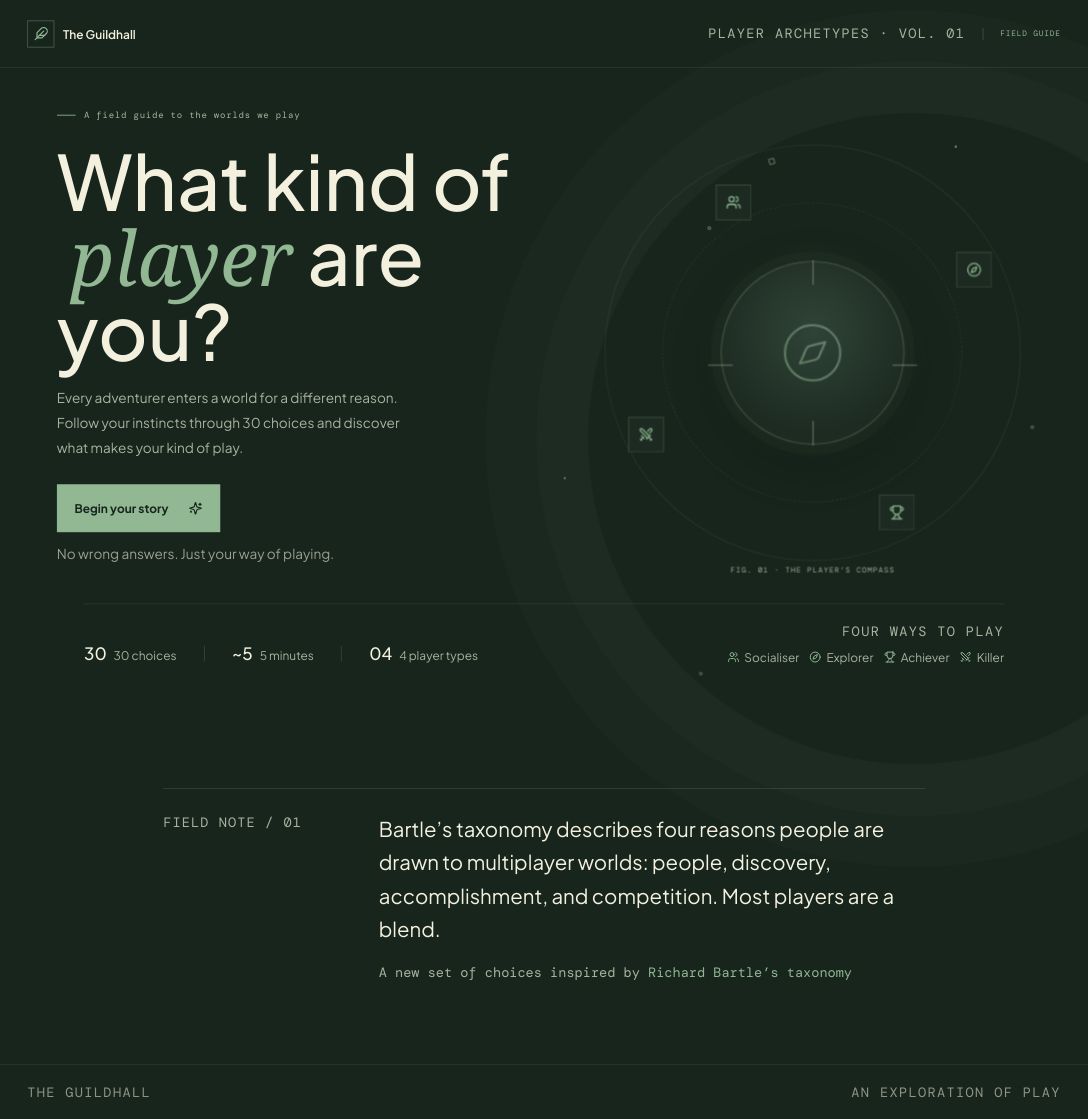
Repository: tiagoturra/bartle
Page: /
These files come from the project's save history. The page is drawn as it stood at one moment and after the next save; the edit follows.
The browser window is 1280 px wide. The pictures show the whole page, at 85% of full size.
The project was rebuilt for these pictures with package versions that can differ from the ones it lists, and the page was loaded fresh each time. Also part of the build but not shown: vite.config.ts, src/modules/bartle/components/QuestionCard.module.scss, src/modules/bartle/components/QuestionCard.tsx, src/modules/bartle/components/ResultsPanel.module.scss, src/modules/bartle/components/ResultsPanel.tsx.

Above is the page before, as saved 2026-10-30 22:24:09.

### index.html
<!doctype html>
<html lang="en">
  <head>
    <meta charset="UTF-8" />
    <meta name="viewport" content="width=device-width, initial-scale=1.0" />
    <meta name="theme-color" content="#17251d" />
    <meta
      name="description"
      content="Discover your player type in an atmospheric, story-led Bartle test."
    />
    <link rel="preconnect" href="https://fonts.googleapis.com" />
    <link rel="preconnect" href="https://fonts.gstatic.com" crossorigin />
    <link
      href="https://fonts.googleapis.com/css2?family=DM+Mono:wght@400;500&family=Plus+Jakarta+Sans:wght@400;500;600;700;800&display=swap"
      rel="stylesheet"
    />
    <title>The Guildhall — Bartle Player Type Test</title>
  </head>
  <body>
    <div id="root"></div>
    <script type="module" src="/src/main.tsx"></script>
  </body>
</html>

### src/main.tsx
import './i18n'
import { StrictMode } from 'react'
import { createRoot } from 'react-dom/client'
import { AppRoutes } from './routes'
import './index.css'

const rootElement = document.getElementById('root')

if (!rootElement) {
  throw new Error('The application root element was not found.')
}

createRoot(rootElement).render(
  <StrictMode>
    <AppRoutes />
  </StrictMode>,
)

### src/i18n/index.ts
import i18n from 'i18next'
import { initReactI18next } from 'react-i18next'
import enCommon from './locales/en-US/common.json'
import enBartle from './locales/en-US/bartle.json'
import enQuestions from './locales/en-US/questions.json'
import ptCommon from './locales/pt-BR/common.json'
import ptBartle from './locales/pt-BR/bartle.json'
import ptQuestions from './locales/pt-BR/questions.json'
import frCommon from './locales/fr-FR/common.json'
import frBartle from './locales/fr-FR/bartle.json'
import frQuestions from './locales/fr-FR/questions.json'
import deCommon from './locales/de-DE/common.json'
import deBartle from './locales/de-DE/bartle.json'
import deQuestions from './locales/de-DE/questions.json'

void i18n.use(initReactI18next).init({
  lng: 'en-US',
  fallbackLng: 'en-US',
  defaultNS: 'common',
  resources: {
    'en-US': {
      common: enCommon,
      bartle: enBartle,
      questions: enQuestions,
    },
    'pt-BR': {
      common: ptCommon,
      bartle: ptBartle,
      questions: ptQuestions,
    },
    'fr-FR': {
      common: frCommon,
      bartle: frBartle,
      questions: frQuestions,
    },
    'de-DE': {
      common: deCommon,
      bartle: deBartle,
      questions: deQuestions,
    },
  },
  interpolation: {
    escapeValue: false,
  },
})

i18n.on('languageChanged', (language) => {
  if (typeof document !== 'undefined') {
    document.documentElement.lang = language
  }
})

export default i18n

### src/routes/index.tsx
import { BrowserRouter, Navigate, Route, Routes } from 'react-router-dom'
import { BartlePage } from '../modules/bartle/pages/BartlePage'

export function AppRoutes() {
  return (
    <BrowserRouter>
      <Routes>
        <Route path="/" element={<BartlePage />} />
        <Route path="*" element={<Navigate to="/" replace />} />
      </Routes>
    </BrowserRouter>
  )
}

### src/index.css
@import "tailwindcss";

@theme {
  --color-forest: #17251d;
  --color-panel: #202f25;
  --color-cream: #f3f0de;
  --color-muted: #a9b29f;
  --color-accent: #91b793;
  --font-sans: "Plus Jakarta Sans", sans-serif;
  --font-mono: "DM Mono", monospace;
}

@layer base {
  :root {
    font-synthesis: none;
    text-rendering: optimizeLegibility;
    -webkit-font-smoothing: antialiased;
    -moz-osx-font-smoothing: grayscale;
    font-optical-sizing: auto;
  }

  html {
    min-width: 320px;
    scroll-behavior: smooth;
  }

  body {
    min-width: 320px;
    min-height: 100vh;
    margin: 0;
  }

  button,
  a {
    -webkit-tap-highlight-color: transparent;
  }

  ::selection {
    background: rgb(145 183 147 / 35%);
    color: #f3f0de;
  }
}

@media (prefers-reduced-motion: reduce) {
  *,
  *::before,
  *::after {
    scroll-behavior: auto !important;
    animation-duration: 0.01ms !important;
    animation-iteration-count: 1 !important;
    transition-duration: 0.01ms !important;
  }
}

### src/modules/bartle/pages/BartlePage.tsx
import { Compass, Feather, Sparkles, Swords, Trophy, Users } from 'lucide-react'
import { useEffect, useState } from 'react'
import { useTranslation } from 'react-i18next'
import {
  readSessionStorage,
  removeSessionStorage,
  writeSessionStorage,
} from '../../../core/browser/sessionStorage'
import { QuestionCard } from '../components/QuestionCard'
import { ResultsPanel } from '../components/ResultsPanel'
import testConfigJson from '../data/test.config.json'
import { calculateScores } from '../scoring'
import type { BartleTestConfig, PlayerTypeScore } from '../types'
import styles from './BartlePage.module.scss'

type TestPhase = 'intro' | 'test' | 'results'

const testConfig = testConfigJson as BartleTestConfig
const progressStorageKey = 'guildhall-bartle-progress'
const progressVersion = 1
const iconByType = {
  socialiser: Users,
  explorer: Compass,
  achiever: Trophy,
  killer: Swords,
}

interface SavedProgress {
  version: typeof progressVersion
  phase: 'test' | 'results'
  currentIndex: number
  answers: Record<string, string>
  advanceOnSelection: boolean
}

interface RestoredProgress {
  phase: TestPhase
  currentIndex: number
  answers: Record<string, string>
  advanceOnSelection: boolean
  scores: PlayerTypeScore[] | null
  storageError: boolean
}

function isValidSavedProgress(value: unknown): value is SavedProgress {
  if (!value || typeof value !== 'object') return false

  const progress = value as Partial<SavedProgress>
  if (
    progress.version !== progressVersion ||
    (progress.phase !== 'test' && progress.phase !== 'results') ||
    !Number.isInteger(progress.currentIndex) ||
    (progress.currentIndex ?? -1) < 0 ||
    (progress.currentIndex ?? testConfig.questions.length) >= testConfig.questions.length ||
    typeof progress.advanceOnSelection !== 'boolean' ||
    !progress.answers ||
    typeof progress.answers !== 'object' ||
    Array.isArray(progress.answers)
  ) {
    return false
  }

  const answers = progress.answers as Record<string, unknown>
  for (const [questionId, answerId] of Object.entries(answers)) {
    const question = testConfig.questions.find(({ id }) => id === questionId)
    if (
      !question ||
      typeof answerId !== 'string' ||
      !question.answers.some((answer) => answer.id === answerId)
    ) {
      return false
    }
  }

  const currentQuestion = testConfig.questions[progress.currentIndex!]
  if (
    progress.advanceOnSelection &&
    !currentQuestion.answers.some(
      ({ id }) => id === answers[currentQuestion.id],
    )
  ) {
    return false
  }

  if (progress.phase === 'results') {
    return (
      testConfig.questions.every((question) => answers[question.id]) &&
      !progress.advanceOnSelection
    )
  }

  return true
}

function restoreProgress(): RestoredProgress {
  const emptyProgress: RestoredProgress = {
    phase: 'intro',
    currentIndex: 0,
    answers: {},
    advanceOnSelection: false,
    scores: null,
    storageError: false,
  }
  const stored = readSessionStorage(progressStorageKey)

  if (!stored.ok) {
    console.error(stored.error)
    return { ...emptyProgress, storageError: true }
  }

  if (!stored.value) return emptyProgress

  try {
    const saved: unknown = JSON.parse(stored.value)
    if (!isValidSavedProgress(saved)) {
      return { ...emptyProgress, storageError: true }
    }

    return {
      phase: saved.phase,
      currentIndex: saved.currentIndex,
      answers: saved.answers,
      advanceOnSelection: saved.advanceOnSelection,
      scores:
        saved.phase === 'results'
          ? calculateScores(saved.answers, testConfig)
          : null,
      storageError: false,
    }
  } catch (error) {
    console.error('Unable to restore the saved Bartle test progress.', error)
    return { ...emptyProgress, storageError: true }
  }
}

export function BartlePage() {
  const { t } = useTranslation()
  const [restoredProgress] = useState(restoreProgress)
  const [phase, setPhase] = useState<TestPhase>(restoredProgress.phase)
  const [currentIndex, setCurrentIndex] = useState(restoredProgress.currentIndex)
  const [answers, setAnswers] = useState<Record<string, string>>(restoredProgress.answers)
  const [scores, setScores] = useState<PlayerTypeScore[] | null>(restoredProgress.scores)
  const [advanceOnSelection, setAdvanceOnSelection] = useState(
    restoredProgress.advanceOnSelection,
  )
  const [storageError, setStorageError] = useState(restoredProgress.storageError)
  const currentQuestion = testConfig.questions[currentIndex]

  function startTest() {
    setAnswers({})
    setCurrentIndex(0)
    setScores(null)
    setAdvanceOnSelection(false)
    setPhase('test')
  }

  function resetTest() {
    startTest()
  }

  useEffect(() => {
    if (phase === 'intro') {
      const result = removeSessionStorage(progressStorageKey)
      if (!result.ok) {
        console.error(result.error)
        setStorageError(true)
      }
      return
    }

    const progress: SavedProgress = {
      version: progressVersion,
      phase,
      currentIndex,
      answers,
      advanceOnSelection,
    }
    const result = writeSessionStorage(
      progressStorageKey,
      JSON.stringify(progress),
    )

    if (!result.ok) {
      console.error(result.error)
      setStorageError(true)
    } else {
      setStorageError(false)
    }
  }, [advanceOnSelection, answers, currentIndex, phase])

  useEffect(() => {
    if (phase !== 'test' || !advanceOnSelection) return

    const timeout = window.setTimeout(() => {
      if (currentIndex === testConfig.questions.length - 1) {
        setScores(calculateScores(answers, testConfig))
        setPhase('results')
      } else {
        setCurrentIndex((index) => index + 1)
      }

      setAdvanceOnSelection(false)
    }, 650)

    return () => window.clearTimeout(timeout)
  }, [advanceOnSelection, answers, currentIndex, phase])

  return (
    <main className={`relative min-h-dvh overflow-hidden bg-forest text-cream ${styles.pageBackdrop}`}>
      <div className="pointer-events-none absolute inset-0 z-0 overflow-hidden" aria-hidden="true">
        <span className={`absolute right-[-14%] top-[10%] aspect-square w-[min(60vw,780px)] rounded-full ${styles.ambientOrb}`} />
        <span className={styles.constellation} />
      </div>

      <header className="relative z-10 mx-auto flex min-h-16 w-full max-w-7xl items-center gap-3 border-b border-cream/10 px-4 md:min-h-20 md:gap-5 md:px-8">
        <a
          className="inline-flex cursor-pointer items-center gap-2.5 font-sans text-sm font-semibold text-cream focus-visible:outline-2 focus-visible:outline-offset-4 focus-visible:outline-accent"
          href="/"
          onClick={(event) => {
            event.preventDefault()
            setPhase('intro')
          }}
          aria-label={t('brand')}
        >
          <span className="grid size-8 place-items-center border border-accent/40 text-accent"><Feather size={17} /></span>
          <span>{t('brand')}</span>
        </a>
        <span className="ml-auto hidden font-mono tracking-[0.1em] text-muted md:inline">{t('nav.edition')}</span>
        <span className="hidden h-3.5 w-px bg-cream/20 md:block" />
        <span className="ml-auto font-mono text-[0.53rem] tracking-[0.1em] text-accent md:ml-0 md:text-[0.58rem]">{t('nav.fieldGuide')}</span>
      </header>

      {storageError && (
        <p className="relative z-10 mx-auto my-3 w-[calc(100%-2rem)] max-w-7xl border border-[#e3a18d]/40 bg-[#e3a18d]/10 px-4 py-3 text-sm text-[#e3a18d]" role="alert">
          {t('test.storageError')}
        </p>
      )}

      <div className="relative z-10 mx-auto w-full max-w-7xl px-4 md:px-8">
        {phase === 'intro' && (
          <section className="grid min-h-[calc(100dvh-5rem)] grid-cols-1 items-center gap-4 py-14 md:grid-cols-[1.04fr_0.96fr] md:gap-0 md:py-12">
            <div className={`relative z-10 pb-0 md:pb-10 md:pl-[5.5%] ${styles.heroCopy}`}>
              <p className="mb-0 flex items-center gap-2.5 font-mono text-[0.66rem] tracking-[0.09em] text-muted">
                <span className="h-px w-[22px] bg-accent" />
                {t('intro.eyebrow')}
              </p>
              <h1 className="mb-5 mt-5 max-w-2xl font-sans text-5xl font-medium leading-[0.98] sm:text-6xl lg:mb-5 lg:mt-6 lg:text-7xl xl:text-8xl">
                {t('intro.titleStart')}
                <br />
                <span className="mx-4 font-serif font-normal italic text-accent">{t('intro.titleAccent')}</span>
                {t('intro.titleEnd')}
              </h1>
              <p className="m-0 max-w-[410px] leading-[1.85] text-muted">{t('intro.description')}</p>
              <button className="mt-7 inline-flex min-h-14 cursor-pointer items-center gap-6 border border-accent bg-accent px-5 text-sm font-bold text-forest transition duration-200 hover:-translate-y-0.5 hover:bg-[#a5c5a5] hover:shadow-lg focus-visible:outline-2 focus-visible:outline-offset-4 focus-visible:outline-cream" type="button" onClick={startTest}>
                {t('intro.begin')}
                <span aria-hidden="true"><Sparkles size={16} /></span>
              </button>
              <p className="mb-0 mt-3.5 text-s text-cream/60">{t('intro.footnote')}</p>
            </div>

            <div className={`relative mx-auto grid aspect-square w-[min(82vw,420px)] place-items-center justify-self-center md:w-full md:max-w-[570px] ${styles.heroArt}`} aria-hidden="true">
              <div className={`${styles.orbit} ${styles.orbitOuter}`} />
              <div className={`${styles.orbit} ${styles.orbitInner}`} />
              <div className={styles.artHalo} />
              <div className={styles.artCore}>
                <div className={styles.compassRose}>
                  <span className={styles.roseNorth} />
                  <span className={styles.roseSouth} />
                  <span className={styles.roseEast} />
                  <span className={styles.roseWest} />
                  <Compass size={78} strokeWidth={0.75} />
                </div>
              </div>
              <span className={`${styles.typeMark} ${styles.markSocial}`}><Users size={18} /></span>
              <span className={`${styles.typeMark} ${styles.markExplore}`}><Compass size={18} /></span>
              <span className={`${styles.typeMark} ${styles.markAchieve}`}><Trophy size={18} /></span>
              <span className={`${styles.typeMark} ${styles.markKiller}`}><Swords size={18} /></span>
              <span className="absolute bottom-[3%] font-mono text-[0.5rem] tracking-[0.12em] text-muted md:bottom-[4%] md:text-[0.56rem]">{t('intro.artCaption')}</span>
            </div>

            <div className="col-span-full mx-0 mt-2 grid grid-cols-1 items-end gap-6 border-t border-cream/10 pt-5 md:mx-[5.5%] md:grid-cols-[1fr_auto] md:gap-5">
              <div className="flex items-center justify-between gap-4 md:justify-start md:gap-8">
                <div className="flex flex-col items-start gap-0 md:flex-row md:items-baseline md:gap-2"><strong className="font-sans text-xl font-medium text-cream">30</strong><span className="text-sm text-muted">{t('intro.stats.choices')}</span></div>
                <span className="h-[18px] w-px bg-cream/15" />
                <div className="flex flex-col items-start gap-0 md:flex-row md:items-baseline md:gap-2"><strong className="font-sans text-xl font-medium text-cream">~5</strong><span className="text-sm text-muted">{t('intro.stats.time')}</span></div>
                <span className="h-[18px] w-px bg-cream/15" />
                <div className="flex flex-col items-start gap-0 md:flex-row md:items-baseline md:gap-2"><strong className="font-sans text-xl font-medium text-cream">04</strong><span className="text-sm text-muted">{t('intro.stats.types')}</span></div>
              </div>
              <div className="flex flex-wrap items-center justify-start gap-x-3 gap-y-2 md:max-w-[330px] md:justify-end">
                <span className="w-full font-mono tracking-[0.1em] text-muted md:text-right">{t('intro.typesLabel')}</span>
                {testConfig.categories.map(({ id }) => {
                  const Icon = iconByType[id]

                  return (
                    <span className="inline-flex items-center gap-1.5 text-sm text-muted" key={id}>
                      <Icon className="text-accent" size={14} aria-hidden="true" />
                      {t(`types.${id}.name`)}
                    </span>
                  )
                })}
              </div>
              <a className="hidden cursor-pointer items-center gap-3 font-mono tracking-[0.1em] text-muted no-underline max-md:inline-flex" href="#about">
                {t('intro.scroll')}
                <span className="h-px w-[34px] bg-accent" />
              </a>
            </div>
          </section>
        )}

        {phase === 'test' && currentQuestion && (
          <div className="flex min-h-[calc(100dvh-5rem)] items-center justify-center py-9 md:py-[70px]">
            <QuestionCard
              key={currentQuestion.id}
              question={currentQuestion}
              questionIndex={currentIndex}
              questionCount={testConfig.questions.length}
              selectedAnswer={answers[currentQuestion.id]}
              isAdvancing={advanceOnSelection}
              isFirst={currentIndex === 0}
              onReset={resetTest}
              onSelect={(answerId) => {
                setAnswers((previous) => ({
                  ...previous,
                  [currentQuestion.id]: answerId,
                }))
                setAdvanceOnSelection(true)
              }}
              onPrevious={() => {
                setAdvanceOnSelection(false)
                setCurrentIndex((index) => Math.max(0, index - 1))
              }}
            />
          </div>
        )}

        {phase === 'results' && scores && (
          <div className="flex min-h-[calc(100dvh-5rem)] items-center justify-center py-9 md:py-[70px]">
            <ResultsPanel scores={scores} onRestart={startTest} />
          </div>
        )}
      </div>

      {phase === 'intro' && (
        <section className="mx-auto my-12 grid w-[calc(100%-2rem)] max-w-4xl grid-cols-1 gap-4 border-t border-cream/15 pt-7 md:my-24 md:grid-cols-[minmax(100px,0.32fr)_1fr] md:gap-x-12 md:gap-y-5" id="about">
          <span className="font-mono tracking-[0.08em] text-muted">{t('about.index')}</span>
          <p className="m-0 max-w-2xl font-sans text-xl leading-relaxed text-cream md:text-2xl">{t('about.description')}</p>
          <span className="font-mono text-muted md:col-start-2">
            {t('about.source')}{' '}
            <a className="cursor-pointer text-accent underline-offset-4 hover:text-cream" href="http://mud.co.uk/richard/hcds.htm" target="_blank" rel="noreferrer">
              {t('about.sourceLink')}
            </a>
          </span>
        </section>
      )}

      <footer className="relative z-10 mx-auto flex w-full max-w-7xl justify-between border-t border-cream/10 px-4 py-5 font-mono tracking-[0.1em] text-cream/55 md:px-8">
        <span>{t('footer.brand')}</span>
        <span>{t('footer.tagline')}</span>
      </footer>
    </main>
  )
}

### src/core/browser/sessionStorage.ts
export type SessionStorageResult =
  | { ok: true; value: string | null }
  | { ok: false; error: Error }

export type SessionStorageWriteResult =
  | { ok: true }
  | { ok: false; error: Error }

export function readSessionStorage(key: string): SessionStorageResult {
  if (typeof window === 'undefined') {
    return { ok: true, value: null }
  }

  try {
    return { ok: true, value: window.sessionStorage.getItem(key) }
  } catch (error) {
    return {
      ok: false,
      error: new Error('Unable to read session storage.', { cause: error }),
    }
  }
}

export function writeSessionStorage(
  key: string,
  value: string,
): SessionStorageWriteResult {
  if (typeof window === 'undefined') {
    return { ok: true }
  }

  try {
    window.sessionStorage.setItem(key, value)
    return { ok: true }
  } catch (error) {
    return {
      ok: false,
      error: new Error('Unable to save session storage.', { cause: error }),
    }
  }
}

export function removeSessionStorage(key: string): SessionStorageWriteResult {
  if (typeof window === 'undefined') {
    return { ok: true }
  }

  try {
    window.sessionStorage.removeItem(key)
    return { ok: true }
  } catch (error) {
    return {
      ok: false,
      error: new Error('Unable to clear session storage.', { cause: error }),
    }
  }
}

### src/modules/bartle/scoring.ts
import type {
  BartleTestConfig,
  PlayerTypeId,
  PlayerTypeScore,
} from './types'

export function calculateScores(
  answers: Record<string, string>,
  config: BartleTestConfig,
): PlayerTypeScore[] {
  const points = Object.fromEntries(
    config.categories.map(({ id }) => [id, 0]),
  ) as Record<PlayerTypeId, number>

  for (const question of config.questions) {
    const answerId = answers[question.id]
    const answer = question.answers.find(({ id }) => id === answerId)

    if (!answer) {
      throw new Error(`A valid answer is required for question "${question.id}".`)
    }

    for (const [category, score] of Object.entries(answer.scores)) {
      if (!(category in points) || typeof score !== 'number' || score < 0) {
        throw new Error(`Invalid scoring rule on question "${question.id}".`)
      }

      points[category as PlayerTypeId] += score
    }
  }

  const totalPoints = Object.values(points).reduce((sum, score) => sum + score, 0)

  if (totalPoints === 0) {
    throw new Error('The test configuration must award at least one point.')
  }

  return config.categories
    .map(({ id }) => ({
      id,
      points: points[id],
      percentage: (points[id] / totalPoints) * 100,
    }))
    .sort((first, second) => second.points - first.points)
}

Loaded but not shown: src/modules/bartle/data/test.config.json (271 lines, source omitted); src/i18n/locales/de-DE/questions.json (32 lines, source omitted); src/i18n/locales/en-US/questions.json (212 lines, source omitted); src/i18n/locales/fr-FR/questions.json (32 lines, source omitted); src/i18n/locales/pt-BR/questions.json (32 lines, source omitted); src/i18n/locales/fr-FR/common.json (86 lines, source omitted); src/i18n/locales/de-DE/common.json (86 lines, source omitted); src/i18n/locales/pt-BR/common.json (86 lines, source omitted); src/i18n/locales/en-US/common.json (86 lines, source omitted); src/i18n/locales/pt-BR/bartle.json (6 lines, source omitted); src/i18n/locales/fr-FR/bartle.json (6 lines, source omitted); src/i18n/locales/de-DE/bartle.json (6 lines, source omitted); src/i18n/locales/en-US/bartle.json (6 lines, source omitted); src/modules/bartle/pages/BartlePage.module.scss (729 lines, source omitted)

After the next save:
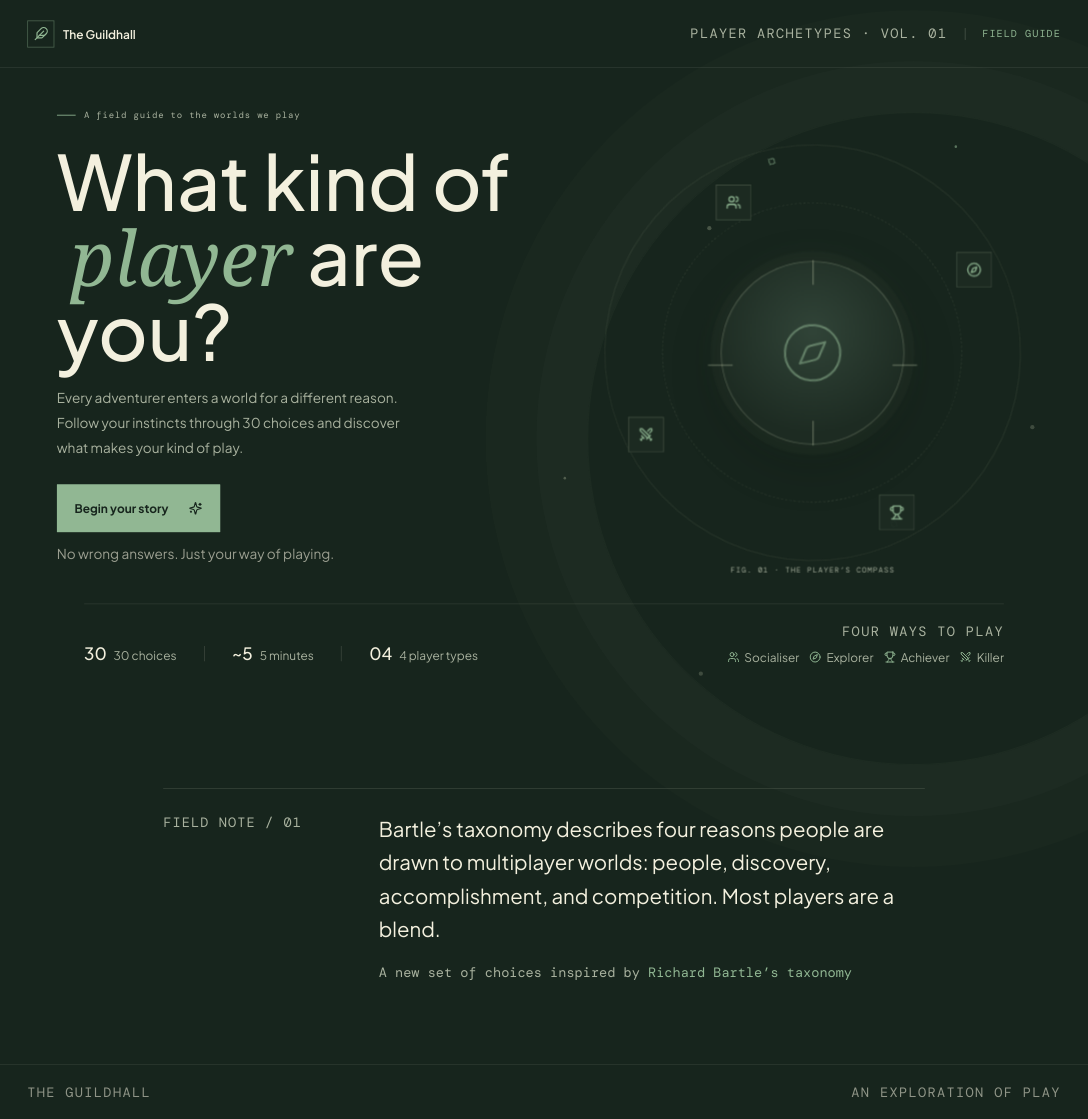
Saved 17 s later.
--- a/src/modules/bartle/pages/BartlePage.tsx
+++ b/src/modules/bartle/pages/BartlePage.tsx
@@ -227,7 +227,7 @@ export function BartlePage() {
         </a>
         <span className="ml-auto hidden font-mono tracking-[0.1em] text-muted md:inline">{t('nav.edition')}</span>
         <span className="hidden h-3.5 w-px bg-cream/20 md:block" />
-        <span className="ml-auto font-mono text-[0.53rem] tracking-[0.1em] text-accent md:ml-0 md:text-[0.58rem]">{t('nav.fieldGuide')}</span>
+        <span className="ml-auto font-mono text-xs tracking-[0.1em] text-accent md:ml-0">{t('nav.fieldGuide')}</span>
       </header>
 
       {storageError && (
